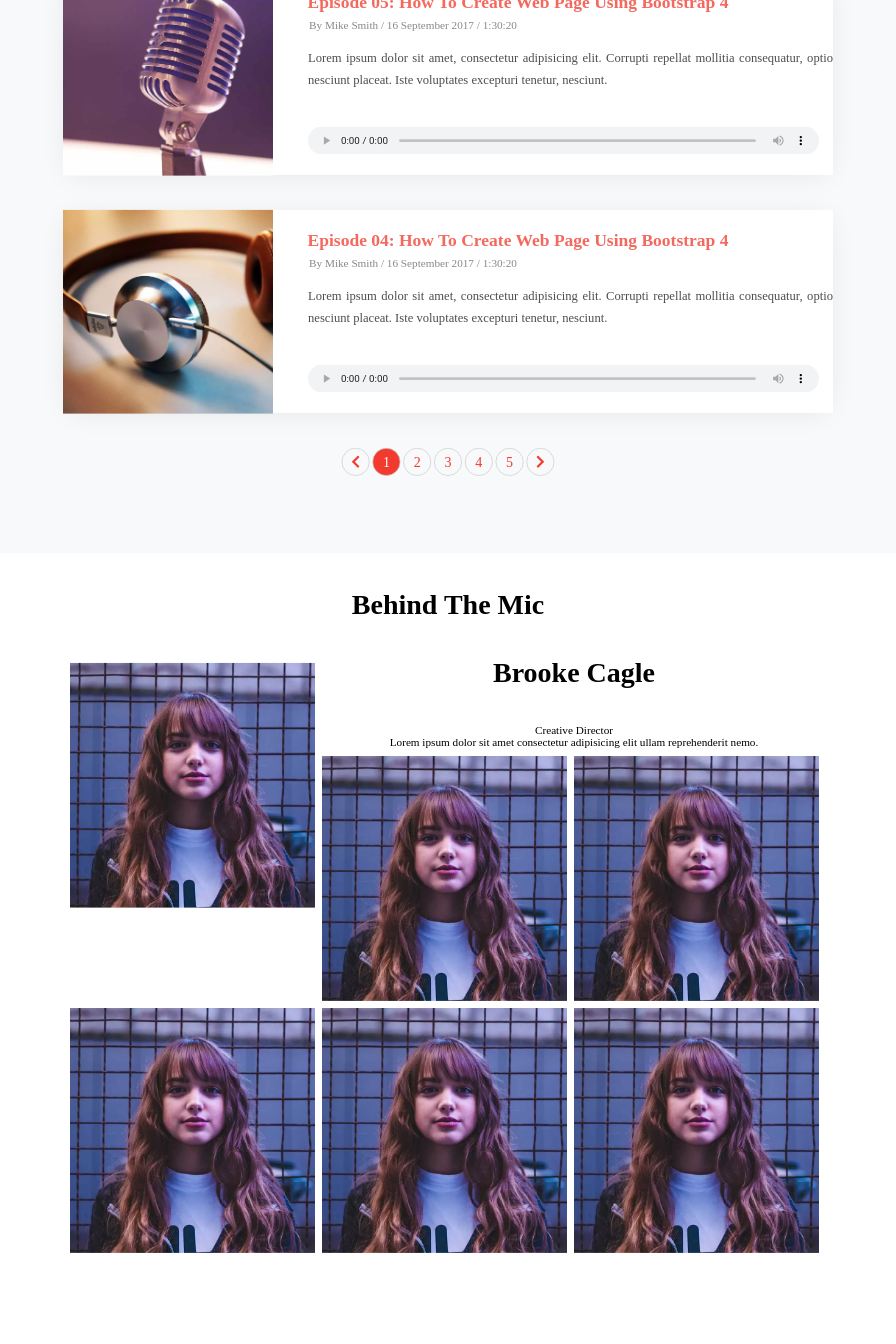
Repository: nhutduy0803/template2
Page: index.html
The author's editor kept a copy of each file at every save. The page is drawn from the files as they stood at one save, then again after the next save.
The browser window is 1280 px wide. The pictures show the part of the page from y = 2077 to 3997 px (the page is 3997 px tall), at 70% of full size.

Above is the page before, as saved 2021-12-09 13:42:30.

### index.html
<!DOCTYPE html>
<html lang="en">
  <head>
    <meta charset="UTF-8" />
    <meta http-equiv="X-UA-Compatible" content="IE=edge" />
    <meta name="viewport" content="width=device-width, initial-scale=1.0" />
    <link rel="stylesheet" href="./assets/css/style.css" />
    <link
      rel="stylesheet"
      href="./assets/css/font/fontawesome-free-5.15.4-web/css/all.min.css"
    />
    <title>Document</title>
  </head>
  <body>
    <script src="./main.js"></script>
    <div class="slider">
      <h2>Podca</h2>
      <img
        src="./assets/css/img/xhero_bg_1.jpg.pagespeed.ic.EJCcE-mhd6.webp"
        alt=""
      />
      <h3>Episode 09: How To Create Web Page Using Bootstrap 4</h3>
      <span>By Mike Smith | 16 September 2017 | 1:30:20</span>
      <div class="subslider">READ THE TRANSCRIPT</div>
      <div class="menu" onclick="openmenu()">
        <i class="fas fa-bars"></i>
      </div>
      <div class="sub-menu">
        <i class="fas fa-times" onclick="closemenu()"></i>
        <div class="home-menu">
          <p>Home</p>
          <i onclick="subhome()" class="fas fa-caret-down"></i>

          <div class="sub-home">
            <li>Menu One</li>
            <li>Menu Two</li>
            <li>Menu Three</li>
            <li>Sub Menu</li>
          </div>
          <div class="drop-down">
            <p>DropDown</p>
            <i onclick="subdropdown() " class="fas fa-caret-down"></i>
            <div class="sub-dropdown">
              <li>Menu One</li>
              <li>Menu two</li>
              <li>Menu three</li>
            </div>
          </div>

          <p>About</p>
          <p>Contact</p>
        </div>
      </div>
    </div>
    <div class="audio">
      <audio class="audio-one" controls>
        <source src="" type="audio/ogg" />
        <source src="" type="audio/mpeg" />
      </audio>
    </div>
    <div class="RecentPodcasts">
      <h2>Recent Podcasts</h2>
      <div class="container">
        <div class="img-pod">
          <img src="./assets/css/img/pod1.webp" alt="" />
        </div>
        <div class="content-pod">
          <h3>Episode 08: How To Create Web Page Using Bootstrap 4</h3>
          <span>By Mike Smith / 16 September 2017 / 1:30:20</span>
          <p>
            Lorem ipsum dolor sit amet, consectetur adipisicing elit. Corrupti
            repellat mollitia consequatur, optio nesciunt placeat. Iste
            voluptates excepturi tenetur, nesciunt.
          </p>
          <audio class="audiopod" controls>
            <source src="" type="audio/mpeg" />
          </audio>
        </div>
      </div>
      <div class="container">
        <div class="img-pod">
          <img src="./assets/css/img/pod2.webp" alt="" />
        </div>
        <div class="content-pod">
          <h3>Episode 07: How To Create Web Page Using Bootstrap 4</h3>
          <span>By Mike Smith / 16 September 2017 / 1:30:20</span>
          <p>
            Lorem ipsum dolor sit amet, consectetur adipisicing elit. Corrupti
            repellat mollitia consequatur, optio nesciunt placeat. Iste
            voluptates excepturi tenetur, nesciunt.
          </p>
          <audio class="audiopod" controls>
            <source src="" type="audio/mpeg" />
          </audio>
        </div>
      </div>
      <div class="container">
        <div class="img-pod">
          <img src="./assets/css/img/pod3.webp" alt="" />
        </div>
        <div class="content-pod">
          <h3>Episode 06: How To Create Web Page Using Bootstrap 4</h3>
          <span>By Mike Smith / 16 September 2017 / 1:30:20</span>
          <p>
            Lorem ipsum dolor sit amet, consectetur adipisicing elit. Corrupti
            repellat mollitia consequatur, optio nesciunt placeat. Iste
            voluptates excepturi tenetur, nesciunt.
          </p>
          <audio class="audiopod" controls>
            <source src="" type="audio/mpeg" />
          </audio>
        </div>
      </div>
      <div class="container">
        <div class="img-pod">
          <img src="./assets/css/img/pod4.webp" alt="" />
        </div>
        <div class="content-pod">
          <h3>Episode 05: How To Create Web Page Using Bootstrap 4</h3>
          <span>By Mike Smith / 16 September 2017 / 1:30:20</span>
          <p>
            Lorem ipsum dolor sit amet, consectetur adipisicing elit. Corrupti
            repellat mollitia consequatur, optio nesciunt placeat. Iste
            voluptates excepturi tenetur, nesciunt.
          </p>
          <audio class="audiopod" controls>
            <source src="" type="audio/mpeg" />
          </audio>
        </div>
      </div>
      <div class="container">
        <div class="img-pod">
          <img src="./assets/css/img/pod5.webp" alt="" />
        </div>
        <div class="content-pod">
          <h3>Episode 04: How To Create Web Page Using Bootstrap 4</h3>
          <span>By Mike Smith / 16 September 2017 / 1:30:20</span>
          <p>
            Lorem ipsum dolor sit amet, consectetur adipisicing elit. Corrupti
            repellat mollitia consequatur, optio nesciunt placeat. Iste
            voluptates excepturi tenetur, nesciunt.
          </p>
          <audio class="audiopod" controls>
            <source src="" type="audio/mpeg" />
          </audio>
        </div>
      </div>
    </div>
    <div class="list-pod">
      <li><i class="fas fa-chevron-left"></i></li>
      <li>1</li>
      <li>2</li>
      <li>3</li>
      <li>4</li>
      <li>5</li>
      <li><i class="fas fa-chevron-right"></i></li>
    </div>
    <div class="BehindTheMic">
      <h2>Behind The Mic</h2>
      <div class="container-behind">
        <div class="picture-behind">
          <img src="./assets/css/img/behind1.webp" alt="" />
        </div>
        <div class="content-behind">
          <h2>Brooke Cagle</h2>
          <span>Creative Director</span>
          <p>
            Lorem ipsum dolor sit amet consectetur adipisicing elit ullam
            reprehenderit nemo.
          </p>
        </div>
      </div>
      <div class="container-behind">
        <div class="picture-behind">
          <img src="./assets/css/img/behind1.webp" alt="" />
        </div>
      </div>
      <div class="container-behind">
        <div class="picture-behind">
          <img src="./assets/css/img/behind1.webp" alt="" />
        </div>
      </div>
      <div class="container-behind">
        <div class="picture-behind">
          <img src="./assets/css/img/behind1.webp" alt="" />
        </div>
      </div>
      <div class="container-behind">
        <div class="picture-behind">
          <img src="./assets/css/img/behind1.webp" alt="" />
        </div>
      </div>
      <div class="container-behind">
        <div class="picture-behind">
          <img src="./assets/css/img/behind1.webp" alt="" />
        </div>
      </div>
    </div>
  </body>
</html>

### assets/css/style.css
* {
  margin: 0;
  padding: 0;
  box-sizing: border-box;
}

.slider {
  width: 100%;
  height: 100vh;
  position: relative;
}

.slider::before {
  content: " ";
  position: absolute;
  top: 0;
  left: 0;
  right: 0;
  bottom: 0;
  background-color: rgba(0, 0, 0, 0.4);
}

.slider img {
  width: 100%;
  height: 100%;
}

.slider h2 {
  position: absolute;
  top: 50px;
  left: 50px;
  color: #fff;
  font-size: 40px;
}
.menu {
  position: absolute;
  right: 50px;
  top: 50px;
  font-size: 30px;
  color: #fff;
}

.slider h3 {
  text-align: center;
  position: absolute;
  transform: translate(-50%);
  top: 30%;
  left: 50%;
  color: #fff;
  font-size: 40px;
  line-height: 1.6;
  font-size: 50px;
}

.slider span {
  position: absolute;
  top: 58%;
  left: 50%;
  transform: translate(-50%);
  color: #ffffff80;
}

.subslider {
  width: 250px;
  background-color: #f23a2e;
  display: flex;
  justify-content: center;
  align-items: center;
  color: #fff;
  font-size: 15px;
  letter-spacing: 2px;
  height: 60px;
  position: absolute;
  top: 65%;
  left: 50%;
  transform: translate(-50%);
  transition: 0.3s;
  border-radius: 5px;
}

.subslider:hover {
  position: absolute;
  top: 64%;
  box-shadow: 0 5px 20px -7px rgba(0, 0, 0, 0.9);
  transition: 0.3s;
}

.sub-menu {
  width: 300px;
  background-color: #fff;
  position: absolute;
  right: -300px;
  top: 0;
  height: 100vh;
  position: fixed;
  transition: 0.3s;
  box-shadow: 0 0 10px rgba(0, 0, 0, 0.4);
}

.sub-menu.openmenu {
  transition: 0.3s;
  right: 0;
}

.sub-menu .fas {
  position: absolute;
  font-size: 25px;
  right: 15px;
  top: 15px;
  transition: 0.2s;
}

.sub-menu .fas:hover {
  transition: 0.2s;
  color: rgb(104, 103, 103);
}

.home-menu {
  margin-top: 100px;
  font-size: 20px;
  margin-left: 15%;
}

.home-menu p {
  margin-bottom: 30px;
  color: #212529;
  transition: 0.3s;
}

.home-menu p:nth-child(2) {
  width: 100%;
  background-color: #fff;
  height: 200px;
}

.home-menu p:hover {
  transition: 0.3s;
  color: #f00;
}

.fa-caret-down {
  margin-top: 85px;
  margin-right: 20px;
}

.drop-down {
  position: relative;
}

.drop-down .fa-caret-down {
  position: absolute;
  top: -85px;
}
.sub-home {
  margin-top: -20px;
  width: 200px;
  height: 0px;
  background-color: #fff;
  visibility: hidden;
  transition: 0.5s;
  opacity: 0;
  margin-bottom: 20px;
}

.sub-home.opensubhome {
  height: 170px;
  visibility: inherit;
  transition: 0.5s;
  opacity: 1;
}

.sub-home li {
  padding: 10px 0px;
  font-weight: 300;
  margin-left: 30px;
  font-size: 17px;
  list-style-type: none;
  /* transition: 0.3s; */
}

.sub-home li:hover {
  transition: 0.3s;
  color: #f00;
}

.sub-dropdown {
  margin-top: -20px;
  background-color: #fff;
  height: 0px;
  width: 200px;
  visibility: hidden;
  transition: 0.3s;
  opacity: 0;
  margin-bottom: 20px;
}

.sub-dropdown li {
  padding-top: 22.5px;
  margin-left: 30px;
  font-weight: 300;
  font-size: 17px;
  list-style-type: none;
  transition: 0.3s;
}

.sub-dropdown li:hover {
  transition: 0.3s;
  color: #f00;
}

.sub-dropdown.opensubdropdown {
  opacity: 1;
  visibility: inherit;
  transition: 0.3s;
  height: 150px;
}

.audio {
  display: flex;
  justify-content: center;
  align-items: center;
  width: 100%;
  background-color: #f8f9fa;
  height: 200px;
}

.audio-one {
  width: 750px;
  height: 40px;
}

.RecentPodcasts {
  background: #f8f9fa;
  height: auto;
  width: 100%;
  text-align: center;
}

.RecentPodcasts h2 {
  font-size: 40px;
  margin-bottom: 50px;
}

.container {
  width: 1100px;
  height: 290px;
  position: relative;
  margin: auto;
  box-shadow: 0 5px 40px -10px rgb(0 0 0 / 10%);
  margin-top: 50px;
}

.img-pod {
  position: absolute;
  top: 0;
  left: 0;
  height: 290px;
  width: 300px;
}

.img-pod img {
  width: 100%;
  height: 100%j;
}

.content-pod {
  padding-top: 30px;
  background: #fff;
  height: 100%;
}

.content-pod h3 {
  font-size: 25px;
  margin-left: 200px;
  color: #f23b2ec4;
  margin-bottom: 10px;
}

.content-pod span {
  margin-left: -100px;
  color: #888;
}

.content-pod p {
  line-height: 1.8;
  margin-top: 20px;
  text-align: justify;
  margin-left: 350px;
  font-size: 18px;
  color: #4d4d4d;
  font-weight: 300;
}

.audiopod {
  margin-top: 50px;
  width: 730px;
  height: 40px;
  margin-left: 330px;
}

.list-pod {
  background: #f8f9fa;
  height: 200px;
  width: 100%;
  text-align: center;
}

.list-pod li {
  padding-top: 7.5px;
  margin-top: 50px;
  list-style-type: none;
  border-radius: 50%;
  height: 40px;
  width: 40px;
  border: 1px solid #ccc;
  display: inline-block;
  color: #f23a2e;
  font-size: 20px;
}

.list-pod li:nth-child(2) {
  font-size: 20px;
  color: #fff;
  background: #f23a2e;
}

.BehindTheMic {
  width: 100%;
  height: 150vh;
  background: #fff;
  text-align: center;
}

.BehindTheMic h2 {
  margin-top: 50px;
  font-size: 40px;
  margin-bottom: 50px;
}

.container-behind {
  margin: auto;
  width: 1100px;
  position: relative;
}

.picture-behind {
  margin-left: 10px;
  float: left;
  width: 350px;
  height: 350px;
  overflow: hidden;
  margin-top: 10px;
  position: relative;
}

.picture-behind img {
  width: 100%;
  height: 100%;
  transition: 0.3s;
  position: relative;
}

### main.js
function openmenu() {
  var openmenu = document.querySelector(".sub-menu");
  openmenu.classList.add("openmenu");
}

function closemenu() {
  var openmenu = document.querySelector(".sub-menu");
  openmenu.classList.remove("openmenu");
}

function subhome() {
  var opensubhome = document.querySelector(".sub-home");
  opensubhome.classList.toggle("opensubhome");
}

function subdropdown() {
  var subdropdown = document.querySelector(".sub-dropdown");
  subdropdown.classList.toggle("opensubdropdown");
}

Loaded but not shown: assets/css/font/fontawesome-free-5.15.4-web/css/all.min.css (library)

After the next save:
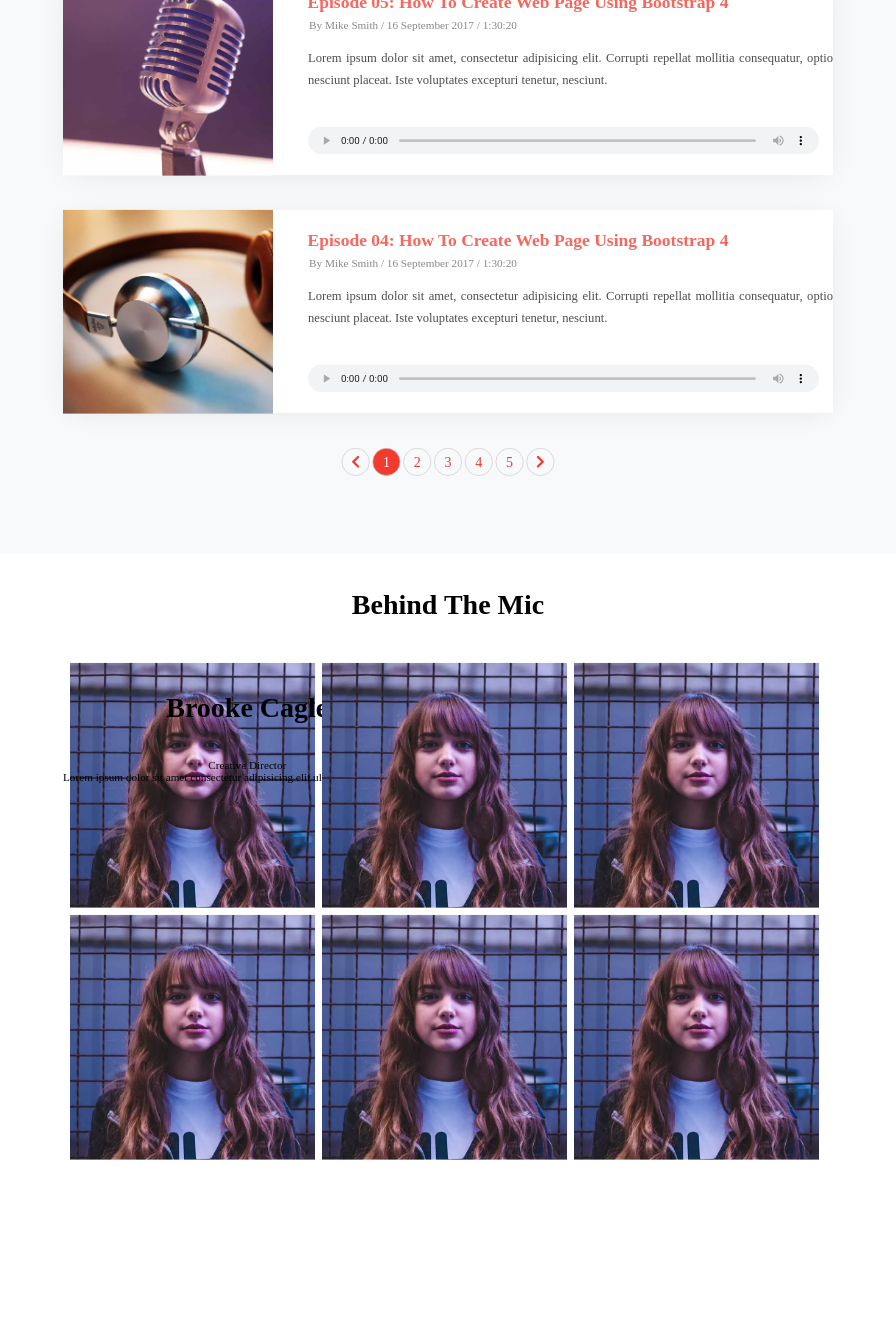
Saved 18 s later.
--- a/assets/css/style.css
+++ b/assets/css/style.css
@@ -359,3 +359,7 @@
   transition: 0.3s;
   position: relative;
 }
+
+.content-behind {
+  position: absolute;
+}
